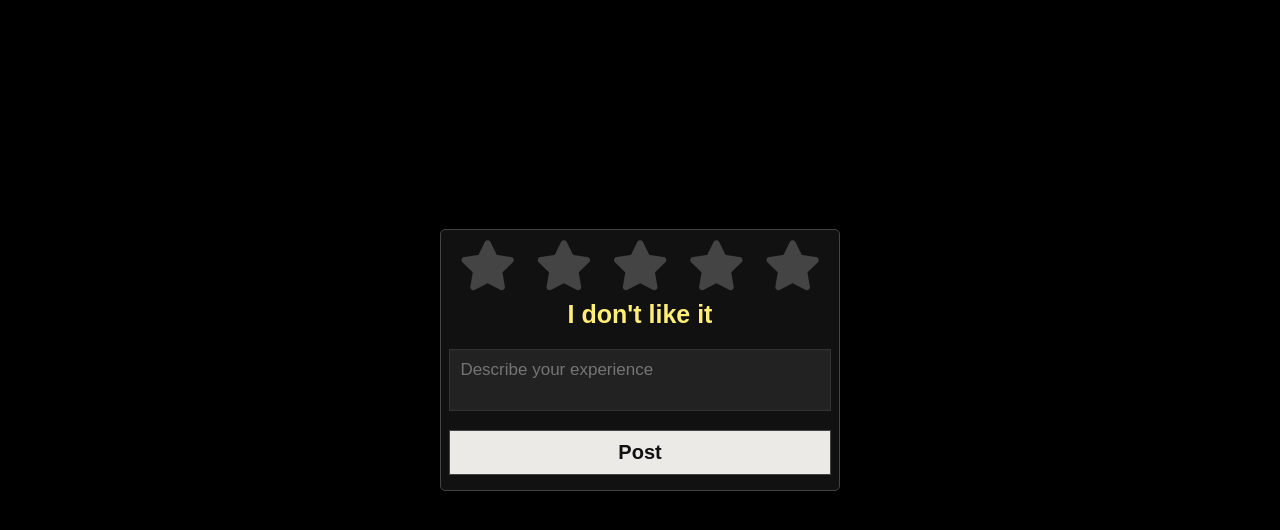
Repository: Suryansh-D/Star-Ratings
Page: index.html
The author's editor kept a copy of each file at every save. The page is drawn from the files as they stood at one save, then again after a run of saves.
The browser window is 1280 px wide. The pictures show the whole page.

Above is the page before, as saved 2024-02-03 10:04:25.

After the next 2 saves:
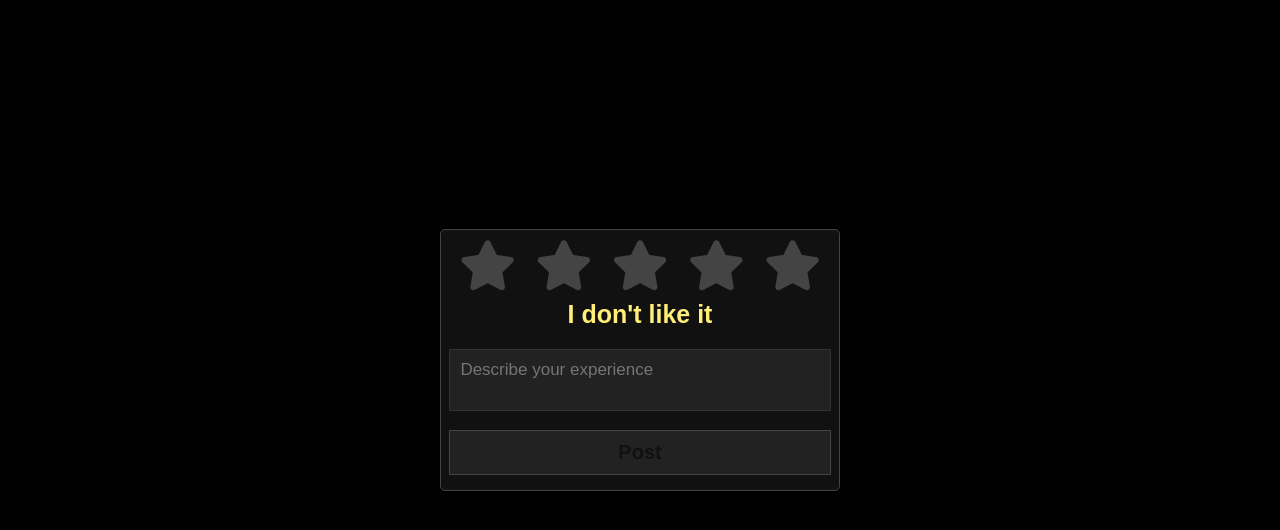
The 2 saves are shown as one change because they came seconds apart.
The last was saved 24 s later.
--- a/style.css
+++ b/style.css
@@ -83,7 +83,7 @@ form .btn button{
     height: 100%;
     border: 1px solid #444;
     outline: none;
-    background: #ebeae7;
+    background: #222;
     color: #111;
     font-size: 20px;
     font-weight: 700;
